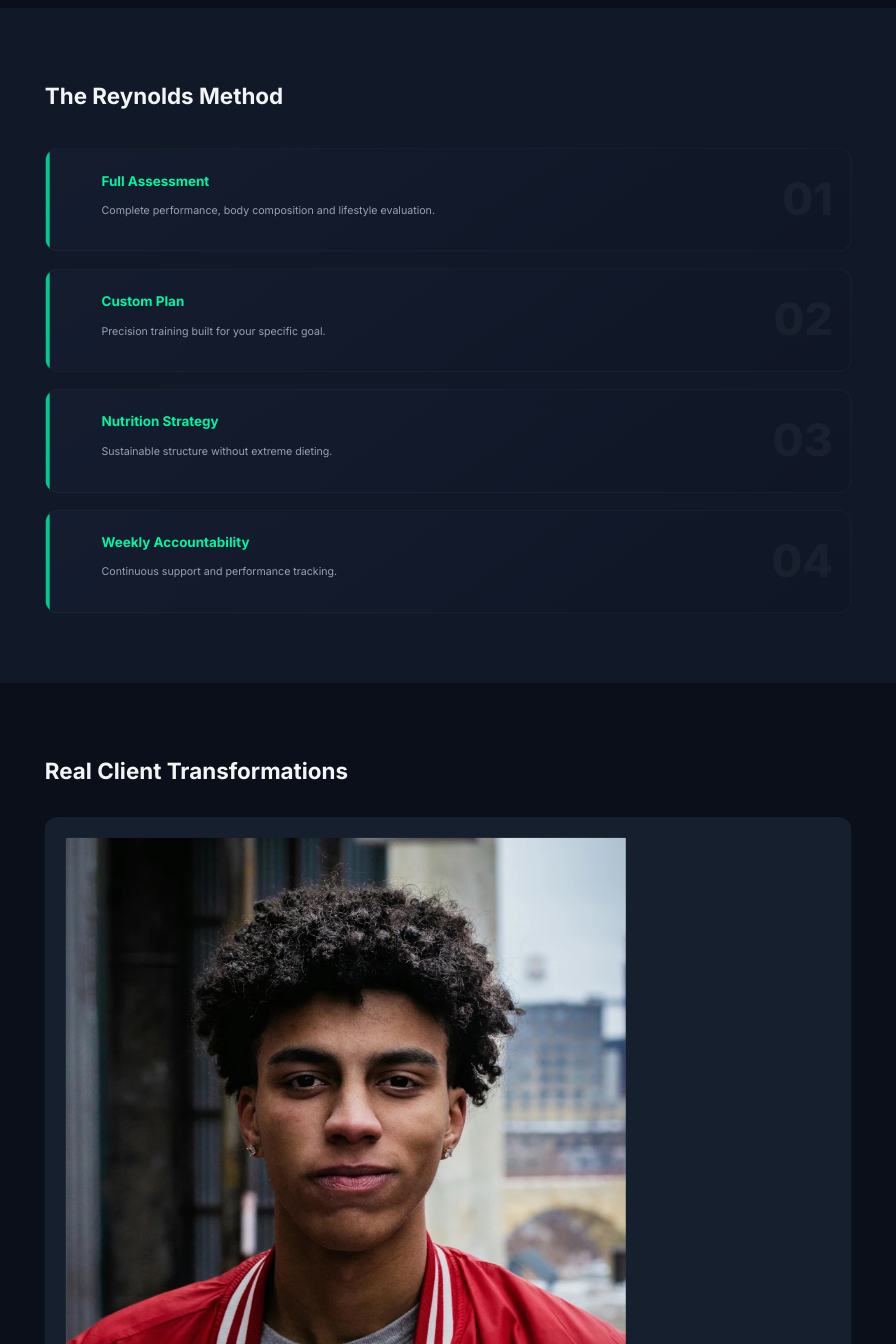
Repository: davidfsillva/Landing-page-pro
Page: index.html
These files come from the project's save history. The page is drawn as it stood at one moment and after the next save; the edit follows.
The browser window is 1280 px wide. The pictures show the part of the page from y = 1660 to 3580 px (the page is 6711 px tall before and 6989 px after), at 70% of full size.

Above is the page before, as saved 2026-02-26 17:06:32.

### index.html
<!DOCTYPE html>
<html lang="en">
<head>
    <!-- ================= BASIC META ================= -->
    <meta charset="UTF-8">
    <meta name="viewport" content="width=device-width, initial-scale=1.0, maximum-scale=5.0">
    <meta name="robots" content="index, follow">
    <link rel="canonical" href="https://www.lucasreynolds.com">

    <!-- ================= SEO ================= -->
    <title>Lucas Reynolds | Elite Personal Trainer</title>
    <meta name="description" content="Elite personal training focused on fat loss, muscle building and peak performance. Customized programs, strategic nutrition and real accountability. Book your free fitness consultation today.">

    <!-- ================= OPEN GRAPH ================= -->
    <meta property="og:title" content="Lucas Reynolds | Transform Your Body in 90 Days">
    <meta property="og:description" content="Personalized training programs with proven results. Limited spots available.">
    <meta property="og:type" content="website">
    <meta property="og:image" content="https://placehold.co/1200x630/0B1020/00FF99?text=LUCAS+REYNOLDS">
    <meta property="og:url" content="https://www.lucasreynolds.com">
    <meta name="twitter:card" content="summary_large_image">

    <!-- FONTS -->
    <link rel="preconnect" href="https://fonts.googleapis.com">
    <link href="https://fonts.googleapis.com/css2?family=Inter:wght@300;400;600;700;800&display=swap" rel="stylesheet">

    <link rel="stylesheet" href="style.css">
</head>

<body>

<header class="header">
  <div class="container header-flex">
      <div class="logo">LUCAS REYNOLDS</div>

      <button class="menu-toggle" id="menuToggle">☰</button>

      <nav class="nav" id="nav">
        <a href="#home">Home</a>
        <a href="#about">About</a>
        <a href="#method">Method</a>
        <a href="#results">Results</a>
        <a href="#contact" class="nav-cta">Book Call</a>
      </nav>
  </div>
</header>

<main>

<!-- HERO -->
<section id="home" class="hero">
    <div class="hero-overlay"></div>

    <div class="container hero-grid">

        <div class="hero-content">
            <div class="hero-badge">
                Trusted by 320+ Clients Worldwide
            </div>

            <h1>
                BUILD YOUR ELITE BODY
                <span>IN 90 DAYS.</span>
            </h1>

            <p>
                High-performance coaching for ambitious men who want visible results,
                structured training and real accountability.
            </p>

            <div class="hero-buttons">
                <a href="#contact" class="btn btn-primary">
                    Book Free Strategy Call
                </a>
            </div>

            <div class="hero-proof">
                <div>
                    <strong>320+</strong>
                    <small>Transformations</small>
                </div>

                <div>
                    <strong>8+ Years</strong>
                    <small>Experience</small>
                </div>
            </div>
        </div>

    </div>
</section>

<!-- ABOUT -->
<section id="about" class="section">
    <div class="container">
        <h2>Why Most People Fail</h2>

        <div class="grid-3">

            <div class="card">
                <h3>Generic Workouts</h3>
                <p>
                    Most programs are copied from the internet and built for everyone —
                    which means they’re built for no one.
                </p>
                <p>
                    Without personalization, your body doesn’t respond the way it should.
                    Progress slows. Motivation drops.
                </p>
            </div>

            <div class="card">
                <h3>Poor Nutrition</h3>
                <p>
                    Random dieting, cutting calories blindly, or following extreme plans
                    that don’t match your lifestyle.
                </p>
                <p>
                    Nutrition must support performance, recovery and consistency —
                    not destroy your energy.
                </p>
            </div>

            <div class="card">
                <h3>No Accountability</h3>
                <p>
                    Discipline fades when there’s no structure.
                </p>
                <p>
                    Without expert guidance, weekly adjustments and performance tracking,
                    most people quit before real transformation happens.
                </p>
            </div>

        </div>
    </div>
</section>

<!-- METHOD -->
<section id="method" class="section section-dark">
    <div class="container">
        <h2>The Reynolds Method</h2>

        <div class="method-list">

            <div class="method-item" data-step="01">
                <strong>Full Assessment</strong>
                <p>Complete performance, body composition and lifestyle evaluation.</p>
            </div>

            <div class="method-item" data-step="02">
                <strong>Custom Plan</strong>
                <p>Precision training built for your specific goal.</p>
            </div>

            <div class="method-item" data-step="03">
                <strong>Nutrition Strategy</strong>
                <p>Sustainable structure without extreme dieting.</p>
            </div>

            <div class="method-item" data-step="04">
                <strong>Weekly Accountability</strong>
                <p>Continuous support and performance tracking.</p>
            </div>
        </div>
    </div>
</section>

<!-- RESULTS -->
<section id="results" class="section">
    <div class="container">
        <h2>Real Client Transformations</h2>

        <div class="grid-3">

            <div class="testimonial">
                <img src="img/2.webp" alt="Client transformation">
                <p>"I lost 25 pounds and completely rebuilt my confidence."</p>
                <span>— Michael R.</span>
            </div>

            <div class="testimonial">
                <img src="img/1.webp" alt="Client transformation">
                <p>"The structure and accountability changed everything."</p>
                <span>— Sarah T.</span>
            </div>

            <div class="testimonial">
                <img src="img/3.webp" alt="Client transformation">
                <p>"Best investment I've made in myself."</p>
                <span>— Alicia K.</span>
            </div>

        </div>
    </div>
</section>

<!-- LIMITED SPOTS -->
<section class="section section-dark urgency">
    <div class="container">
        <h2>Limited Coaching Spots Available</h2>
        <p>
            I work with a limited number of clients to ensure maximum attention and results.
            Applications close once spots are filled.
        </p>
        <a href="#contact" class="btn btn-primary">Apply Now</a>
    </div>
</section>

<!-- CONTACT -->
<section id="contact" class="section cta">
    <div class="container">
        <h2>Book Your Free Strategy Call</h2>

        <form class="form">
            <input type="text" placeholder="Full Name" required>
            <input type="email" placeholder="Email Address" required>
            <input type="tel" placeholder="Phone Number" required>

            <button type="submit" class="btn btn-primary">
                Schedule My Call
            </button>
        </form>
    </div>
</section>

</main>

<footer class="footer">
    <div class="container">
        <p>© 2026 Lucas Reynolds Performance. All rights reserved.</p>
    </div>
</footer>

<script src="script.js"></script>
</body>
</html>

### style.css
* {
    margin: 0;
    padding: 0;
    box-sizing: border-box;
}

:root {
    --bg: #0B0F1A;
    --bg-dark: #111827;
    --card: #161F2E;

    --text: #F3F4F6;
    --muted: #9CA3AF;

    --accent: #00F5A0;

    --radius: 18px;
}

body {
    font-family: 'Inter', sans-serif;
    background: var(--bg);
    color: var(--muted);
    line-height: 1.6;
}

.container {
    width: 90%;
    max-width: 1200px;
    margin: auto;
}

.section {
    padding: 100px 0;
}

.section-dark {
    background: var(--bg-dark);
}

h1, h2, h3 {
    color: var(--text);
}

.hero h1 {
    font-size: clamp(2rem, 4vw, 3rem);
}

h1 span {
    color: var(--accent);
}

h2 {
    font-size: 2rem;
    margin-bottom: 40px;
}

p {
    margin: 15px 0;
}

.btn {
    display: inline-block;
    padding: 15px 35px;
    border-radius: 50px;
    font-weight: 600;
    text-decoration: none;
    transition: 0.3s ease;
}

.btn-primary {
    background: var(--accent);
    color: #000;
}

.btn-primary:hover {
    transform: translateY(-3px);
}

/* HEADER */
.header {
    position: fixed;
    width: 100%;
    background: rgba(11,15,26,0.9);
    backdrop-filter: blur(8px);
    padding: 20px 0;
    z-index: 1000;
}

.header-flex {
    display: flex;
    justify-content: space-between;
    align-items: center;
}

.logo {
    font-weight: 800;
    color: var(--accent);
}

.nav {
    display: flex;
    gap: 30px;
}

.nav a {
    color: var(--muted);
    text-decoration: none;
}

.nav a:hover {
    color: var(--accent);
}

.menu-toggle {
    display: none;
    background: none;
    border: none;
    color: var(--accent);
    font-size: 1.5rem;
}

/* HERO */
.hero {
    height: 100vh;
    display: flex;
    align-items: center;
    background: url('img/pexels-ardit-mbrati-216809103-18187618.jpg') center right/cover no-repeat;
    position: relative;
    padding-top: 80px;
}

.hero-overlay {
    position: absolute;
    inset: 0;
    background: linear-gradient(270deg, rgba(11, 15, 26, 0.116), rgb(11, 15, 26));
}

.hero-grid {
    position: relative;
}
.hero-content {
    max-width: 600px;
    padding-left: 2px;

}

.hero-badge {
    background: rgba(0,245,160,0.1);
    color: var(--accent);
    padding: 8px 16px;
    border-radius: 50px;
    display: inline-block;
    margin-bottom: 20px;
}

.hero-proof {
    display: flex;
    gap: 40px;
    margin-top: 30px;
}

.hero-proof strong {
    color: var(--accent);
    font-size: 1.5rem;
    display: block;
}

/* ===============================
   ABOUT SECTION UPGRADE
=================================*/

#about {
    text-align: center;
}

#about h2 {
    margin-bottom: 60px;
    position: relative;
}

#about h2::after {
    content: "";
    width: 60px;
    height: 3px;
    background: var(--accent);
    display: block;
    margin: 18px auto 0;
    border-radius: 3px;
}

/* GRID */
.grid-3 {
    display: grid;
    gap: 35px;
}

/* CARD ESTILO PROBLEMA */
.card {
    position: relative;
    background: linear-gradient(145deg, #121A2B, #0E1524);
    padding: 40px 30px;
    border-radius: 20px;
    border: 1px solid rgba(255,255,255,0.04);
    transition: 0.35s ease;
    text-align: left;
    overflow: hidden;
}



/* Hover mais forte */
.card:hover {
    transform: translateY(-10px);
    border-color: var(--accent);
    box-shadow: 0 25px 60px -20px var(--accent);
}

.card h3 {
    color: var(--accent);
    font-size: 1.2rem;
    margin-bottom: 15px;
}

.card p {
    font-size: 0.95rem;
    color: var(--muted);
    line-height: 1.6;
}



/* ===============================
   METHOD SECTION IMPROVED
=================================*/

.method-list {
    display: grid;
    gap: 30px;
    margin-top: 50px;
}

.method-item {
    position: relative;
    background: linear-gradient(145deg, #141C2F, #0F1625);
    padding: 30px 35px 30px 80px;
    border-radius: 18px;
    border: 1px solid rgba(255,255,255,0.05);
    transition: 0.35s ease;
    overflow: hidden;
}

/* Linha lateral de destaque */
.method-item::before {
    content: "";
    position: absolute;
    left: 0;
    top: 0;
    height: 100%;
    width: 6px;
    background: var(--accent);
    opacity: 0.8;
}

/* Número grande no fundo */
.method-item::after {
    content: attr(data-step);
    position: absolute;
    right: 25px;
    top: 20px;
    font-size: 4rem;
    font-weight: 800;
    color: rgba(255,255,255,0.04);
}

/* Hover sofisticado */
.method-item:hover {
    transform: translateY(-8px);
    border-color: var(--accent);
    box-shadow: 0 20px 50px -15px rgba(0,245,160,0.25);
}

.method-item strong {
    display: block;
    font-size: 1.2rem;
    color: var(--text);
    margin-bottom: 10px;
}

.method-item p {
    font-size: 0.95rem;
    color: var(--muted);
    max-width: 500px;
}



/* CARDS */
.grid-3 {
    display: grid;
    gap: 30px;
}

.card, .testimonial {
    background: var(--card);
    padding: 30px;
    border-radius: var(--radius);
}

.method-list {
    display: grid;
    gap: 25px;
}

.method-item strong {
    color: var(--accent);
}

/* FORM */
.form {
    display: grid;
    gap: 20px;
    max-width: 500px;
}

.form input {
    padding: 15px;
    border-radius: 10px;
    border: none;
}

/* ===============================
   CTA CLEAN HIGH-END
=================================*/

.cta {
    background: #0E1428;
    padding: 120px 0;
    text-align: center;
    border-top: 1px solid rgba(255,255,255,0.05);
    border-bottom: 1px solid rgba(255,255,255,0.05);
}

.cta h2 {
    font-size: clamp(2rem, 4vw, 2.6rem);
    margin-bottom: 20px;
}

.cta p {
    max-width: 600px;
    margin: 0 auto 50px auto;
    font-size: 1rem;
    color: var(--muted);
}

/* FORM INLINE PREMIUM */
.form {
    max-width: 900px;
    margin: 0 auto;
    display: grid;
    grid-template-columns: repeat(4, 1fr);
    gap: 15px;
}

/* INPUTS */
.form input {
    padding: 16px 18px;
    border-radius: 12px;
    border: 1px solid rgba(255,255,255,0.08);
    background: #111827;
    color: var(--text);
    font-size: 0.95rem;
    transition: 0.3s ease;
}

.form input::placeholder {
    color: rgba(255,255,255,0.4);
}

.form input:focus {
    border-color: var(--accent);
    box-shadow: 0 0 0 3px rgba(0,245,160,0.12);
    outline: none;
}

/* BOTÃO */
.form button {
    border-radius: 12px;
    font-weight: 700;
}

/* RESPONSIVO */
@media (max-width: 900px) {
    .form {
        grid-template-columns: 1fr;
    }
}

/* FOOTER */
.footer {
    padding: 40px 0;
    text-align: center;
    background: #05070E;
}

/* RESPONSIVE */

@media (max-width: 768px) {
    .nav {
        display: none;
        flex-direction: column;
        background: var(--bg-dark);
        position: absolute;
        top: 70px;
        right: 0;
        padding: 20px;
    }

    .nav.active {
        display: flex;
    }

    .menu-toggle {
        display: block;
    }

    .hero-proof {
        flex-direction: column;
    }


    .method-list {
        grid-template-columns: repeat(2, 1fr);
    }

    .grid-3 {
        grid-template-columns: 1fr;
    }

    .method-list {
        grid-template-columns: 1fr;

    }


}

### script.js
(function () {
  "use strict";

  /* =====================================================
     1. MENU RESPONSIVO COM ACESSIBILIDADE
  ===================================================== */
  const menuToggle = document.getElementById("menuToggle");
  const navMenu = document.getElementById("navMenu");

  if (menuToggle && navMenu) {
    menuToggle.addEventListener("click", () => {
      const isActive = navMenu.classList.toggle("active");

      // Atualiza aria-expanded para acessibilidade
      menuToggle.setAttribute("aria-expanded", isActive);

      // Impede scroll do body quando menu aberto
      document.body.style.overflow = isActive ? "hidden" : "auto";
    });

    // Fecha menu ao clicar em link
    document.querySelectorAll(".nav-menu a").forEach(link => {
      link.addEventListener("click", () => {
        navMenu.classList.remove("active");
        menuToggle.setAttribute("aria-expanded", "false");
        document.body.style.overflow = "auto";
      });
    });
  }

  /* =====================================================
     2. SCROLL SUAVE COM OFFSET DO HEADER
  ===================================================== */
  const header = document.querySelector("header");

  document.querySelectorAll('a[href^="#"]').forEach(anchor => {
    anchor.addEventListener("click", function (e) {
      const targetId = this.getAttribute("href");
      if (targetId === "#") return;

      const target = document.querySelector(targetId);
      if (!target) return;

      e.preventDefault();

      const headerHeight = header ? header.offsetHeight : 0;
      const elementPosition = target.getBoundingClientRect().top + window.scrollY;
      const offsetPosition = elementPosition - headerHeight - 10;

      window.scrollTo({
        top: offsetPosition,
        behavior: "smooth"
      });
    });
  });

  /* =====================================================
     3. REVEAL ON SCROLL (OTIMIZADO)
  ===================================================== */
  const reveals = document.querySelectorAll(".reveal");

  if ("IntersectionObserver" in window) {
    const revealObserver = new IntersectionObserver((entries, observer) => {
      entries.forEach(entry => {
        if (entry.isIntersecting) {
          entry.target.classList.add("active");
          observer.unobserve(entry.target);
        }
      });
    }, {
      threshold: 0.15,
      rootMargin: "0px 0px -40px 0px"
    });

    reveals.forEach(el => revealObserver.observe(el));
  } else {
    // Fallback simples
    reveals.forEach(el => el.classList.add("active"));
  }

  /* =====================================================
     4. CONTADOR ANIMADO
  ===================================================== */
  const counter = document.querySelector(".counter-number");

  if (counter) {
    const target = parseInt(counter.dataset.target, 10);
    let current = 0;
    const duration = 1500;
    const startTime = performance.now();

    const animateCounter = (timestamp) => {
      const progress = Math.min((timestamp - startTime) / duration, 1);
      current = Math.floor(progress * target);
      counter.textContent = current.toLocaleString("pt-BR");

      if (progress < 1) {
        requestAnimationFrame(animateCounter);
      } else {
        counter.textContent = target.toLocaleString("pt-BR");
      }
    };

    const counterObserver = new IntersectionObserver(entries => {
      if (entries[0].isIntersecting) {
        requestAnimationFrame(animateCounter);
        counterObserver.disconnect();
      }
    }, { threshold: 0.6 });

    counterObserver.observe(counter);
  }

  /* =====================================================
     5. VALIDAÇÃO AVANÇADA + REDIRECIONAMENTO WHATSAPP
  ===================================================== */
  const form = document.getElementById("leadForm");
  const feedback = document.getElementById("formFeedback");

  if (form && feedback) {
    form.addEventListener("submit", function (e) {
      e.preventDefault();

      const nome = document.getElementById("nome").value.trim();
      const email = document.getElementById("email").value.trim();
      const telefone = document.getElementById("telefone").value.trim();
      const telDigits = telefone.replace(/\D/g, "");

      // Reset visual
      feedback.style.color = "#ff4d4d";
      feedback.textContent = "";

      /* ===== Validações ===== */

      if (nome.length < 5 || !/\s/.test(nome)) {
        feedback.textContent = "Digite nome e sobrenome corretamente.";
        return;
      }

      const emailRegex = /^[^\s@]+@[^\s@]+\.[^\s@]+$/;
      if (!emailRegex.test(email)) {
        feedback.textContent = "Digite um e-mail válido.";
        return;
      }

      if (telDigits.length < 10 || telDigits.length > 11) {
        feedback.textContent = "WhatsApp inválido. Use DDD + número.";
        return;
      }

      /* ===== Sucesso ===== */
      feedback.style.color = "#00FF99";
      feedback.textContent = "Redirecionando para o WhatsApp...";

      /* ===== Disparo de Pixel ===== */

      // Meta Pixel
      if (typeof fbq === "function") {
        fbq("track", "Lead");
      }

      // Google Ads (exemplo)
      if (typeof gtag === "function") {
        gtag("event", "conversion", {
          event_category: "Lead",
          event_label: "Form Landing"
        });
      }

      /* ===== Redirecionamento WhatsApp ===== */

      const numeroPersonal = "5511999999999"; // ⚠️ ALTERE AQUI
      const mensagem = encodeURIComponent(
        `Olá! Me chamo ${nome}.\nQuero agendar minha avaliação gratuita.\nE-mail: ${email}`
      );

      setTimeout(() => {
        window.location.href = `https://wa.me/${numeroPersonal}?text=${mensagem}`;
      }, 1200);
    });
  }

})();

After the next save:
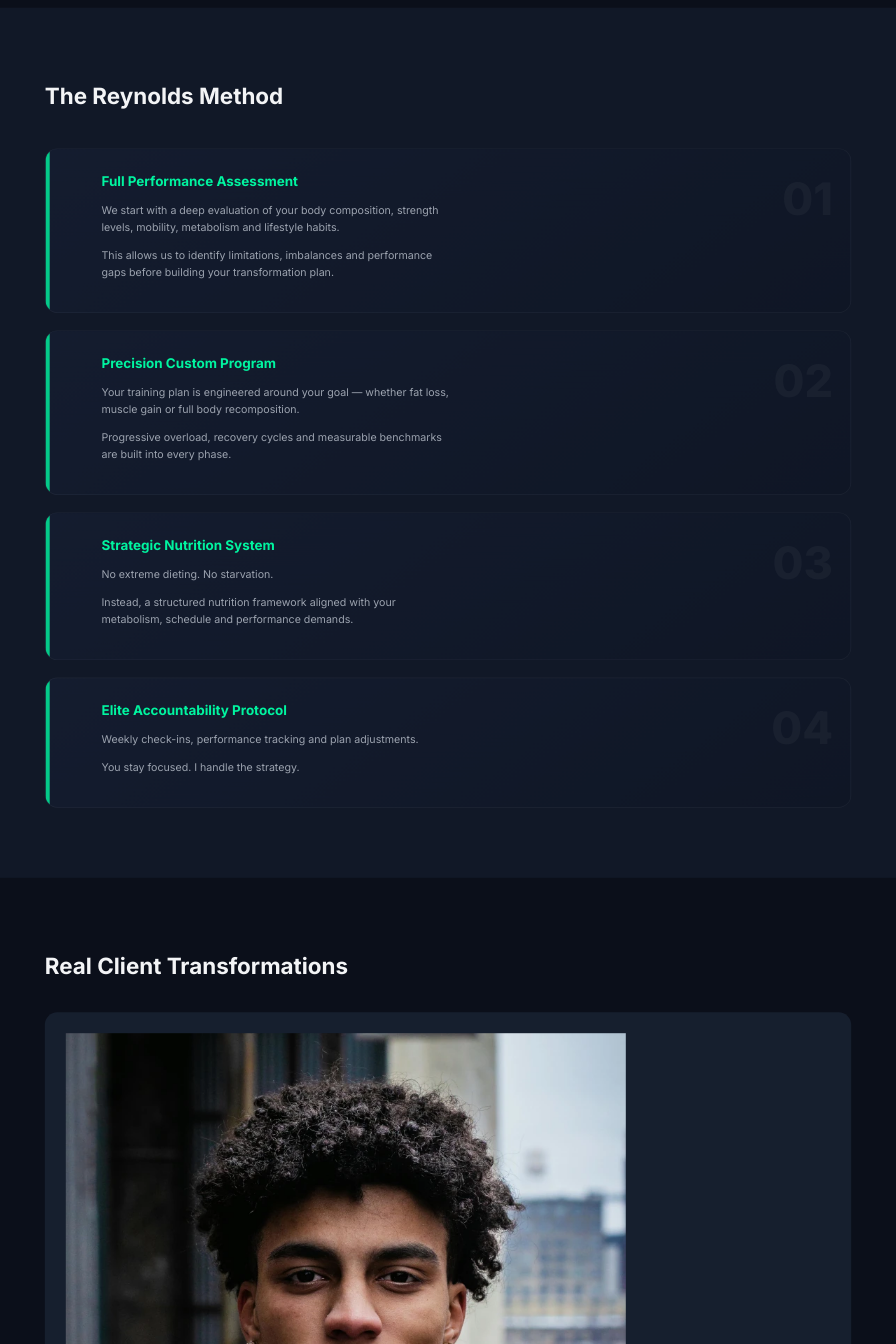
Saved 49 s later.
--- a/index.html
+++ b/index.html
@@ -143,24 +143,50 @@
         <div class="method-list">
 
             <div class="method-item" data-step="01">
-                <strong>Full Assessment</strong>
-                <p>Complete performance, body composition and lifestyle evaluation.</p>
+                <strong>Full Performance Assessment</strong>
+                <p>
+                    We start with a deep evaluation of your body composition,
+                    strength levels, mobility, metabolism and lifestyle habits.
+                </p>
+                <p>
+                    This allows us to identify limitations, imbalances and
+                    performance gaps before building your transformation plan.
+                </p>
             </div>
 
             <div class="method-item" data-step="02">
-                <strong>Custom Plan</strong>
-                <p>Precision training built for your specific goal.</p>
+                <strong>Precision Custom Program</strong>
+                <p>
+                    Your training plan is engineered around your goal —
+                    whether fat loss, muscle gain or full body recomposition.
+                </p>
+                <p>
+                    Progressive overload, recovery cycles and measurable benchmarks
+                    are built into every phase.
+                </p>
             </div>
 
             <div class="method-item" data-step="03">
-                <strong>Nutrition Strategy</strong>
-                <p>Sustainable structure without extreme dieting.</p>
+                <strong>Strategic Nutrition System</strong>
+                <p>
+                    No extreme dieting. No starvation.
+                </p>
+                <p>
+                    Instead, a structured nutrition framework aligned with your
+                    metabolism, schedule and performance demands.
+                </p>
             </div>
 
             <div class="method-item" data-step="04">
-                <strong>Weekly Accountability</strong>
-                <p>Continuous support and performance tracking.</p>
-            </div>
+                <strong>Elite Accountability Protocol</strong>
+                <p>
+                    Weekly check-ins, performance tracking and plan adjustments.
+                </p>
+                <p>
+                    You stay focused. I handle the strategy.
+                </p>
+            </div>
+
         </div>
     </div>
 </section>
